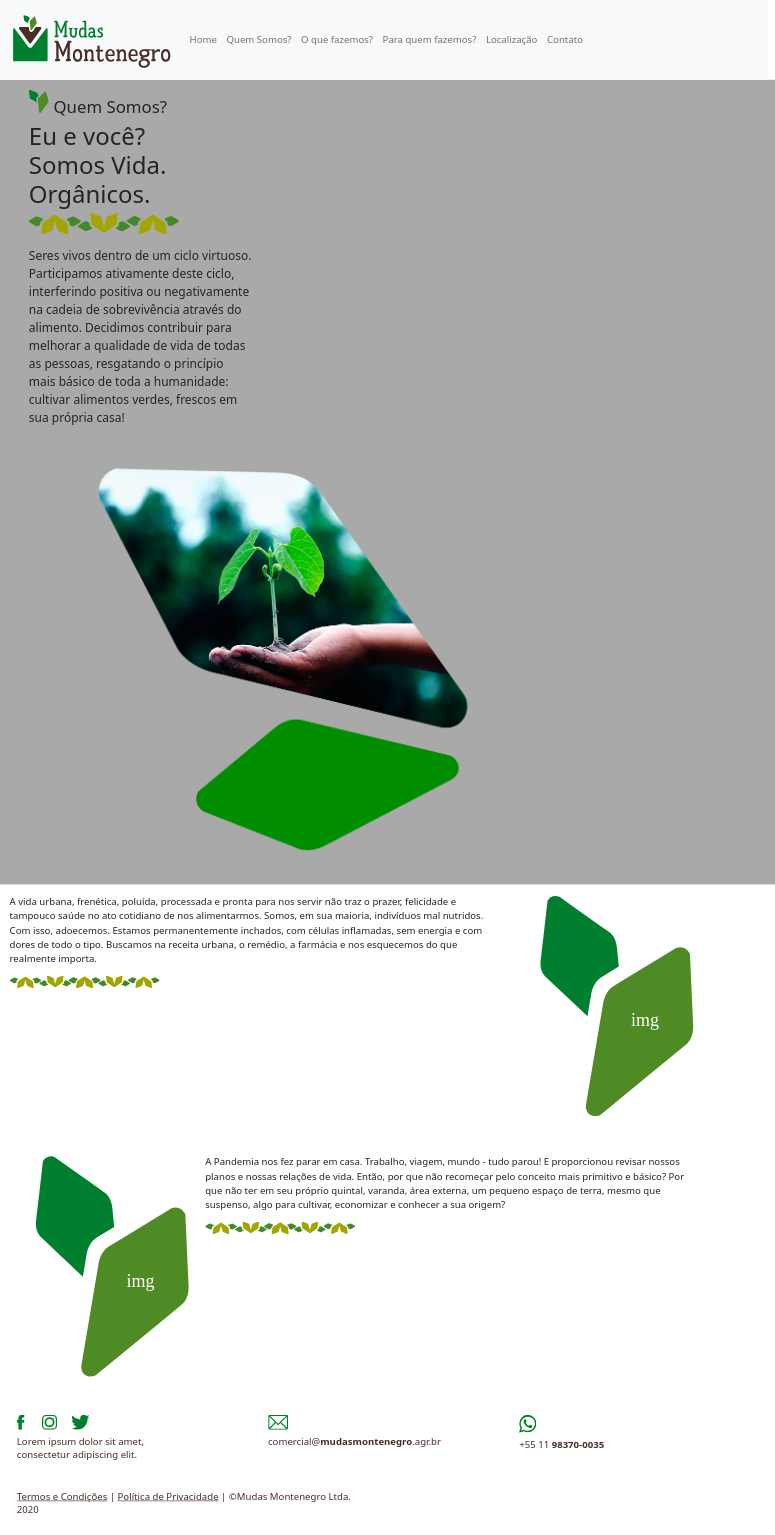
Repository: MaKnok/mudas-montenegro
Page: quem-somos.html
These files come from the project's save history. The page is drawn as it stood at one moment and after the next save; the edit follows.
The browser window is 1280 px wide. The page is 1292 px wide, so the pictures cover 1292 px, including what lies to the right of the window. The pictures show the whole page, at 60% of full size.
Some web libraries are served in a nearby version.

Above is the page before, as saved 2021-06-17 14:38:10.

### quem-somos.html
<!DOCTYPE html>
<html lang="pt-br">

<head>
    <meta charset="utf-8">
    <meta name="viewport" content="width=device-width, initial-scale=1">
    <link rel="icon" type="image/png" href="img/icons/favicon.png"/>
    <title>Mudas Montenegro</title>
    <link href="https://cdn.jsdelivr.net/npm/bootstrap@5.0.1/dist/css/bootstrap.min.css" rel="stylesheet" integrity="sha384-+0n0xVW2eSR5OomGNYDnhzAbDsOXxcvSN1TPprVMTNDbiYZCxYbOOl7+AMvyTG2x" crossorigin="anonymous">
    <script src="https://use.fontawesome.com/releases/v5.0.8/js/all.js"></script>
    <link href="style.css" rel="stylesheet">
</head>

<body>

<!-- Navigation -->
<nav class="navbar navbar-expand-md navbar-light bg-light sticky-top">

  <div class="container-fluid">

      <a class="navbar-brand logo" href="index.html"><img src="img/logo_mudas_mont.svg" alt="Mudas Montenegro"></a>

      <button class="navbar-toggler" type="button" data-toggle="collapse" data-target="#navbarResponsive">
          <span class="navbar-toggler-icon"></span>
      </button>

      <div class="collapse navbar-collapse" id="navbarResponsive">
       <ul class="navbar-nav ml-auto">
            <li class="nav-item active">
              <a class="nav-link" href="index.html">Home</a>
          </li>
            <li class="nav-item">
              <a class="nav-link" href="quem-somos.html">Quem Somos?</a>
            </li>
            <li class="nav-item">
              <a class="nav-link" href="o-que-fazemos.html">O que fazemos?</a>
            </li>
            <li class="nav-item">
              <a class="nav-link" href="para-quem-fazemos.html">Para quem fazemos?</a>
            </li>
            <li class="nav-item">
              <a class="nav-link" href="localizacao.html">Localização</a>
            </li>
            <li class="nav-item">
              <a class="nav-link" href="contato.html">Contato</a>
            </li>
        </ul>
      </div>

  </div>

</nav>

<!--- Intro -->


<div class="row jumbotron section-top" style="background-color: darkgrey;">

  <div class="container-fluid">

      <div class="wrapper">

        <div class="col-xs-12 col-sm-12 col-md-4 col-lg-4 col-xl-4  col-xxl-4">

          <h3 class="page-title">Quem Somos?</h3>

          <h1 class="page-slogan">
            Eu e você?<br/>
            Somos Vida.<br/>
            Orgânicos.
          </h1>

          <img src="img/leaves_sections.svg" class="leaves-home">

          <p class="lead">
            Seres vivos dentro de um ciclo virtuoso. Participamos ativamente deste ciclo, interferindo positiva ou negativamente na cadeia de sobrevivência através do alimento. Decidimos contribuir para melhorar a qualidade de vida de todas
            as pessoas, resgatando o princípio mais básico de toda a humanidade: cultivar alimentos verdes, frescos em sua própria casa!
          </p>

        </div>

        <div class="col-xs-12 col-sm-12 col-md-7 col-lg-8 col-xl-8  col-xxl-8">

                  <source srcset="img/leaves_desktop_img.webp 2x,img/leaves_desktop_img.webp"
                  media="(min-width: 992px)"/>

                  <img src="img/leaves_desktop_img.webp" class="img-fluid" alt="Muda">

        </div>

      </div>

  </div>

</div>




  <div class="container-fluid padding">

  <div class="row content">

    <div class="col-xs-12 col-sm-12 col-md-7 col-lg-7 col-xl-8">
      <p>
      A vida urbana, frenética, poluída, processada e pronta para nos servir não traz o prazer, felicidade e tampouco saúde no ato cotidiano de nos alimentarmos. Somos, em sua maioria, indivíduos mal nutridos.  Com isso, adoecemos. Estamos permanentemente inchados, com células inflamadas, sem energia e com dores de todo o tipo.
      Buscamos na receita urbana, o remédio, a farmácia e nos esquecemos do que realmente importa.
      </p>
      <img src="img/leaves_section_longer.svg" class="leaves-home">
    </div>

    <div class="col-xs-12 col-sm-12 col-md-4 col-lg-4 col-xl-3">
      <img src="img/img_temp.svg" class="float-left" alt="Vida urbana">
    </div>

  </div>




  <div class="container-fluid padding">

  <div class="row content pandemia">

    <div class="col-xs-12 col-sm-12 col-md-4 col-lg-4 col-xl-3 content-1">
        <img src="img/img_temp.svg" class="float-right" alt="Relações de Vida">
    </div>

    <div class="col-xs-12 col-sm-12 col-md-7 col-lg-7 col-xl-8 content-2">
        <p>
        A Pandemia nos fez parar em casa. Trabalho, viagem, mundo - tudo parou!
        E proporcionou revisar nossos planos e nossas relações de vida. Então, por que não recomeçar pelo conceito mais primitivo e básico? Por que não ter em seu próprio quintal, varanda, área externa, um pequeno espaço de terra, mesmo que suspenso, algo para cultivar, economizar e conhecer a sua origem?
        </p>
        <img src="img/leaves_section_longer.svg" class="leaves-home">
    </div>

  </div>

  </div>






<!--- Footer -->
<footer>

  <div class="container-fluid padding">

    <div class="row text-left">

      <div class="col-md-4">

        <ul class="social-icons">
            <li class="social-icon social-icon_first"><a href="#"><img src="img/icons/facebook.svg"></a></li>
            <li class="social-icon social-icon_second"><a href="#"><img src="img/icons/instagram.svg"></a></li>
            <li class="social-icon social-icon_third"><a href="#"><img src="img/icons/twitter.svg"></a></li>
        </ul>
        <p>Lorem ipsum dolor sit amet, <br/>consectetur adipiscing elit.</p>

      </div>

      <div class="col-md-4">

        <img src="img/icons/mail.svg" class="contact-icon">
        <p>comercial@<span class="phrase-bold">mudasmontenegro</span>.agr.br</p>

      </div>

      <div class="col-md-4">

        <img src="img/icons/whatsapp.svg" class="contact-icon contact-icon-zap">
        <p>+55 11 <span class="phrase-bold">98370-0035</span></p>

      </div>

    </div>

    <div class="row text-left">
        <div class="col-md-6">
          <p class="terms-conditions"><a href="#">Termos e Condições</a> | <a href="#">Política de Privacidade</a> | ©Mudas Montenegro Ltda. 2020 </p>
        </div>
    </div>

  </div>

</footer>

</div>

<script src="https://cdn.jsdelivr.net/npm/bootstrap@5.0.1/dist/js/bootstrap.bundle.min.js" integrity="sha384-gtEjrD/SeCtmISkJkNUaaKMoLD0//ElJ19smozuHV6z3Iehds+3Ulb9Bn9Plx0x4" crossorigin="anonymous"></script>

</body>
</html>

### style.css
@import url("https://fonts.googleapis.com/css2?family=Fira+Sans:ital,wght@0,200;0,300;0,400;0,500;0,600;0,700;1,200;1,300;1,400;1,500;1,600;1,700&display=swap");

/*---Media Queries --*/

html {
  -webkit-box-sizing: border-box;
  -moz-box-sizing: border-box;
  box-sizing: border-box;
}

*,
*:before,
*:after {
  -webkit-box-sizing: border-box;
  -moz-box-sizing: border-box;
  box-sizing: inherit;
}

@media (min-width: 992px) {
  .leaves-home {
    width: 250px;
    margin-bottom: 20px;
  }

  .logo {
    width: 280px;
  }

  .phrase-home {
    font-size: 35px;
    line-height: 45px;
  }

  .carousel-caption {
    width: 550px;
    z-index: 10;
    color: #fff;
    text-align: left;
    top: 40%;
    left: 10%;
    bottom: auto;
    -webkit-transform: translate(0, -50%);
    -ms-transform: translate(0, -50%);
    transform: translate(0, -50%);
  }
}

@media (max-width: 991.98px) {
  .leaves-home {
    width: 190px;
    margin-bottom: 15px;
  }

  .logo {
    width: 220px;
  }

  .phrase-home {
    font-size: 30px;
    line-height: 40px;
  }

  .carousel-caption {
    width: 400px;
    z-index: 10;
    color: #fff;
    text-align: left;
    top: 35%;
    left: 10%;
    bottom: auto;
    -webkit-transform: translate(0, -50%);
    -ms-transform: translate(0, -50%);
    transform: translate(0, -50%);
  }
}

@media (max-width: 767.98px) {
  .carousel-caption {
    width: 400px;
    z-index: 10;
    color: #fff;
    text-align: left;
    top: 35%;
    left: 10%;
    bottom: auto;
    -webkit-transform: translate(0, -50%);
    -ms-transform: translate(0, -50%);
    transform: translate(0, -50%);
  }

  .leaves-home {
    width: 190px;
    margin-bottom: 20px;
  }

  .logo {
    width: 220px;
  }

  .pandemia {
    display: flex;
  }

  .pandemia > .content-2 {
    order: -1;
  }

  .phrase-home {
    font-size: 25px;
    line-height: 35px;
  }

  .section-top {
    display: flex;
  }

  .section-top > .image-top {
    order: -1;
  }
}

@media (max-width: 575.98px) {
  .carousel-caption {
    width: 200px;
    z-index: 10;
    color: #fff;
    text-align: left;
    top: 50%;
    left: 8%;
    bottom: auto;
    -webkit-transform: translate(0, -50%);
    -ms-transform: translate(0, -50%);
    transform: translate(0, -50%);
  }

  .leaves-home {
    width: 130px;
    margin-bottom: 10px;
  }

  .logo {
    width: 180px;
  }

  .phrase-home {
    font-size: 16px;
    line-height: 24px;
  }
}

/*---Firefox Bug Fix --*/
.carousel-item {
  transition: -webkit-transform 0.5s ease;
  transition: transform 0.5s ease;
  transition: transform 0.5s ease, -webkit-transform 0.5s ease;
  -webkit-backface-visibility: visible;
  backface-visibility: visible;
  background-color: #000;
}

/*--- Fixed Background Image --*/
figure {
  position: relative;
  width: 100%;
  height: 60%;
  margin: 0 !important;
}

footer {
  background-color: #fff;
  color: #492b28;
  line-height: 22px;
}

ul,
ol,
li {
  list-style: none;
}

ul {
  padding-inline-start: 0;
  margin-bottom: 0.5rem;
}

.fixed-wrap {
  clip: rect(0, auto, auto, 0);
  position: absolute;
  top: 0;
  left: 0;
  width: 100%;
  height: 100%;
}

#fixed {
  background-image: url("img/mac.png");
  position: fixed;
  display: block;
  top: 0;
  left: 0;
  width: 100%;
  height: 100%;
  background-size: cover;
  background-position: center center;
  -webkit-transform: translateZ(0);
  transform: translateZ(0);
  will-change: transform;
}
/*--- Bootstrap Padding Fix --*/
[class*="col-"] {
  padding: 1rem;
}

.carousel-caption {
  text-align: left;
}

.contact-icon {
  margin-bottom: 0.5rem;
}

.page-title {
  font-weight: ;
}

.page-title::before {
  content: "";
  display: inline-block;
  background-image: url(img/icons/leaves.svg);
  background-size: 33px 40px;
  width: 33px;
  height: 40px;
  margin-right: 8px;
}

.phrase-home {
  font-family: "Fira Sans", sans-serif;
}

.phrase-bold {
  font-weight: 600;
}

.picture-home {
  opacity: 0.7;
}

.section-top {
  background-color: #fff;
}

.social-icons {
  text-align: left;
}

.social-icon:not(:first-child) {
  margin-left: 20px;
}

.social-icon:first-child {
  margin-right: 5px;
}

.social-icon {
  display: inline-block;
}

.social-icon > a > img,
.contact-icon {
  height: 25px;
}

.contact-icon-zap {
  height: 30px;
}

.terms-conditions a {
  color: #492b28;
}

.wrapper {
  padding: 0 2em;
}

/*
Extra small (xs) devices (portrait phones, less than 576px)
No media query since this is the default in Bootstrap

Small (sm) devices (landscape phones, 576px and up)
@media (min-width: 576px) { ... }

Medium (md) devices (tablets, 768px and up)
@media (min-width: 768px) { ... }

Large (lg) devices (desktops, 992px and up)
@media (min-width: 992px) { ... }

Extra (xl) large devices (large desktops, 1200px and up)
@media (min-width: 1200px) { ... }
*/

After the next save:
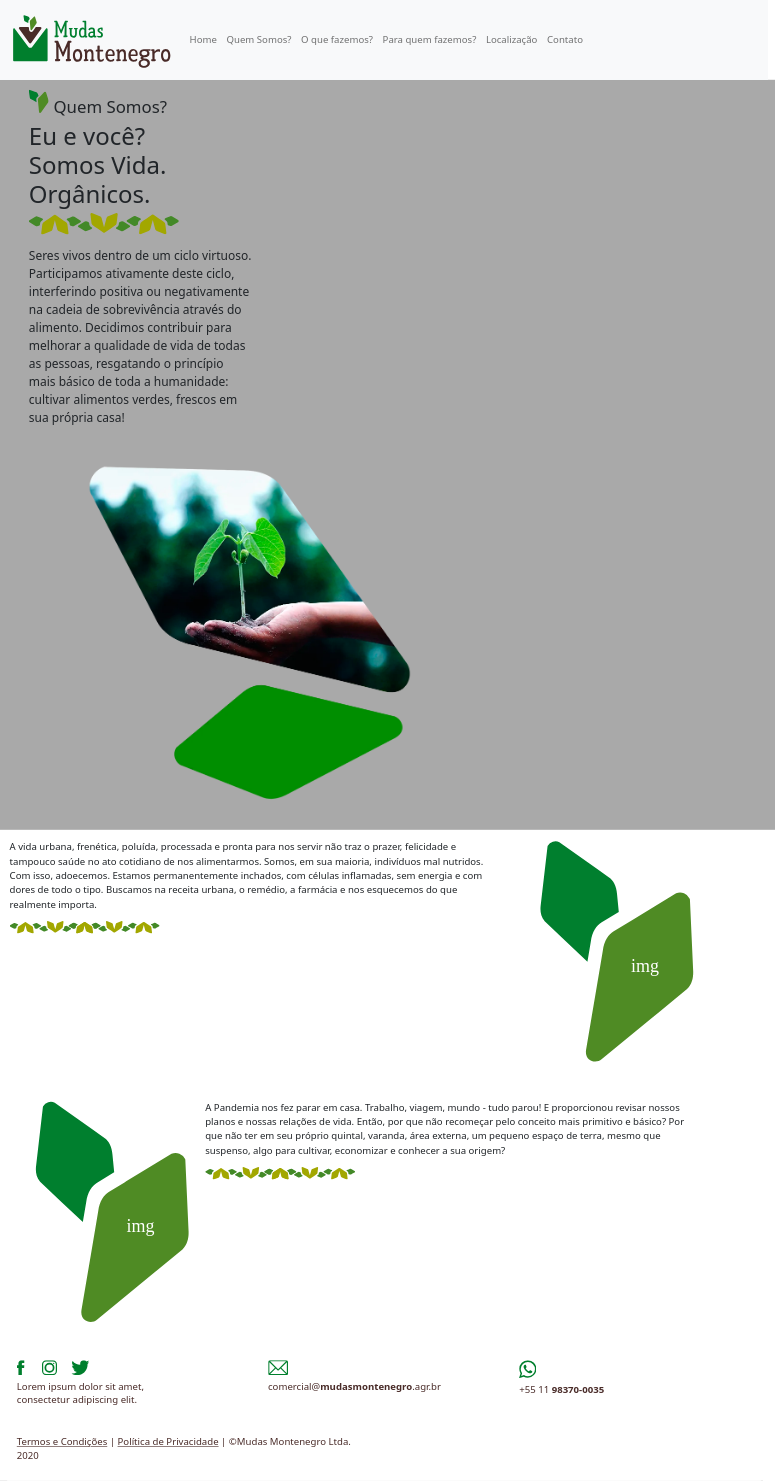
Saved 7 s later.
--- a/quem-somos.html
+++ b/quem-somos.html
@@ -79,7 +79,7 @@
 
         </div>
 
-        <div class="col-xs-12 col-sm-12 col-md-7 col-lg-8 col-xl-8  col-xxl-8">
+        <div class="col-xs-12 col-sm-12 col-md-7 col-lg-7 col-xl-7  col-xxl-7">
 
                   <source srcset="img/leaves_desktop_img.webp 2x,img/leaves_desktop_img.webp"
                   media="(min-width: 992px)"/>
